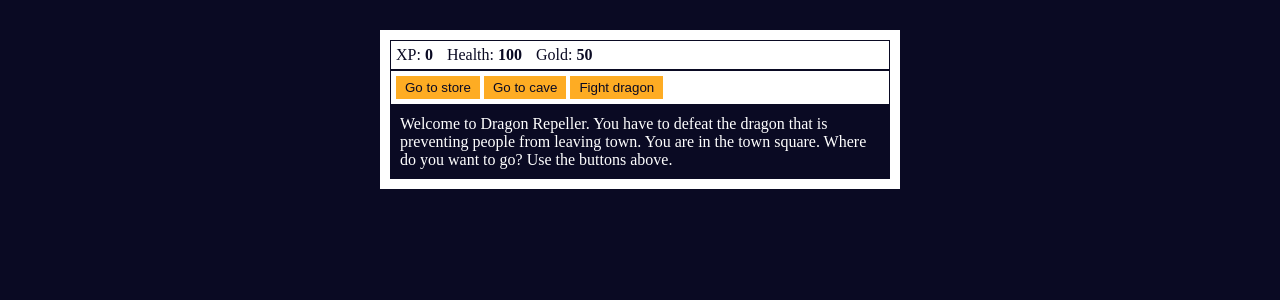
Repository: Lungdjos/role_playing_game
Page: index.html
These files come from the project's save history. The page is drawn as it stood at one moment and after a run of saves; the edit follows.
The browser window is 1280 px wide. The pictures show the whole page.

Above is the page before, as saved 2024-02-07 08:50:30.

After the next 2 saves:
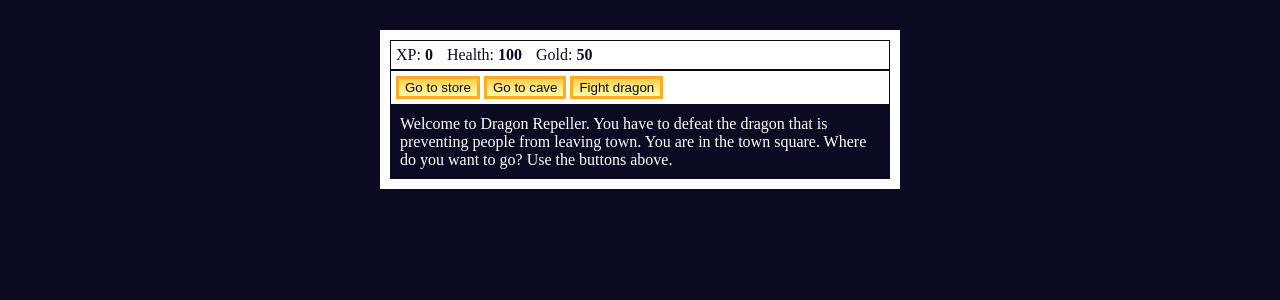
The 2 saves are shown as one change because they came seconds apart.
The last was saved 7 s later.
--- a/styles.css
+++ b/styles.css
@@ -58,5 +58,5 @@ button {
     color: #0a0a23;
     background-color: #feac23;
     border: 3px solid #feac23;
-    background-image: linear-gradient(#fecc4c, #fe);
+    background-image: linear-gradient(#fecc4c, #ffa);
 }
